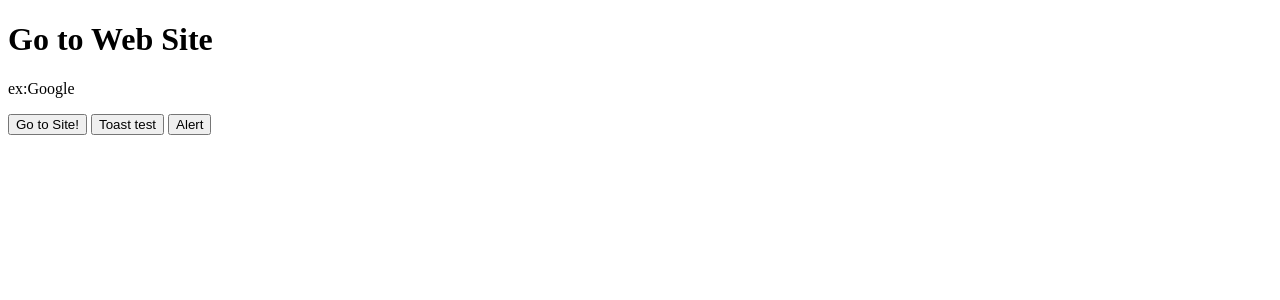
Repository: kenshiryu7/mdv-projects
Page: MDF3/project_4/Project4/assets/index.html
An editor plug-in stored every save of this project. The page is shown before and after the next save, followed by the edit.
The browser window is 1280 px wide. The pictures show the whole page.

Above is the page before, as saved 2013-02-28 14:23:28.

After the next save:
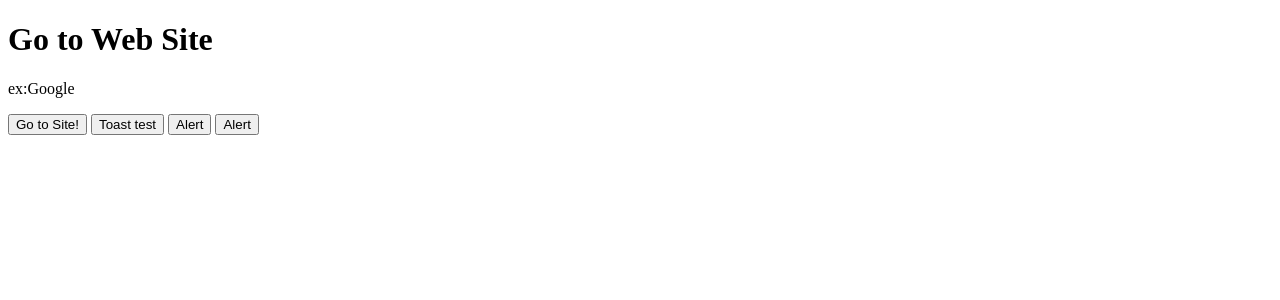
Saved 3 h 51 min later.
--- a/MDF3/project_4/Project4/assets/index.html
+++ b/MDF3/project_4/Project4/assets/index.html
@@ -16,6 +16,9 @@
 	<input type="button" value="Toast test" onclick="showAndroidToast('I just wanted to tell the world that....I Like it Toasty!!!')"/>
 
 	<input type="button" value="Alert" onclick="doAlert()"/>
+	</body>
+	<body>
+		<input type="button" value="Alert" onclick="doAlert()"/>
 	</body>
 
 
